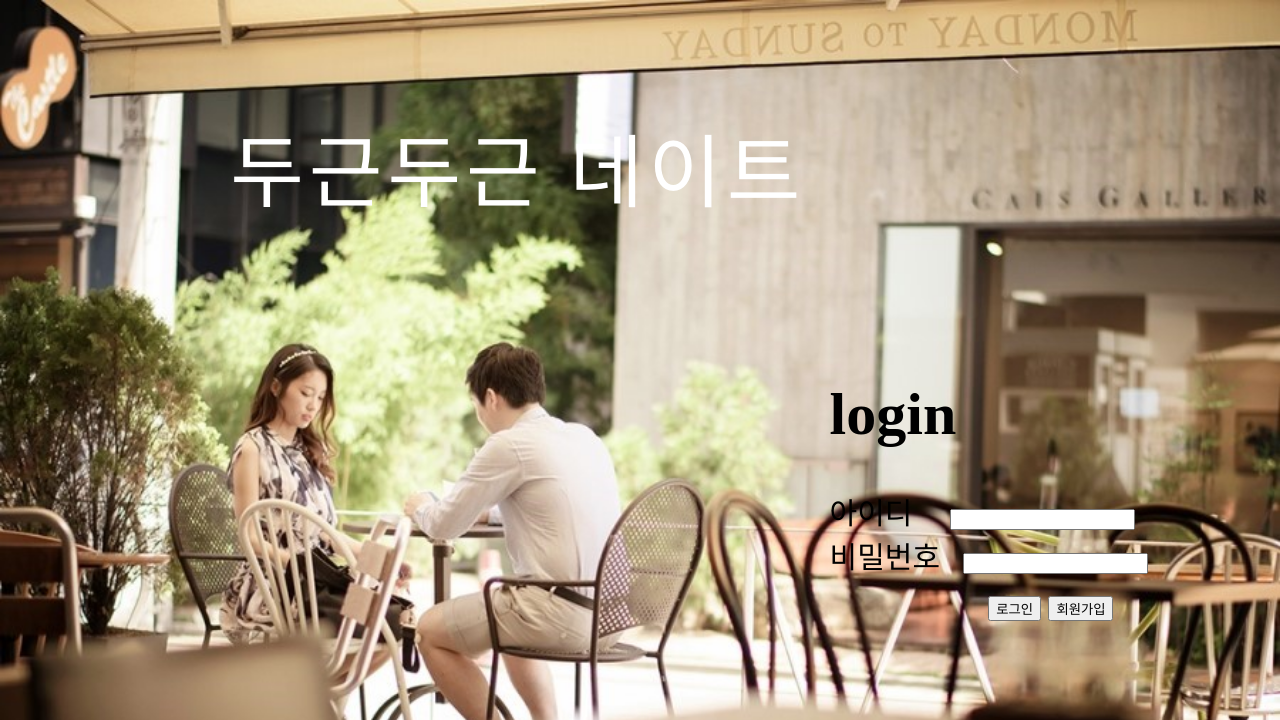
Repository: pinokio531/date_application
Page: http://localhost/doogeunDate/indexPage.jsp
An editor plug-in stored every save of this project. The page is shown before and after the next save, followed by the edit.
The browser window is 1280 px wide. The pictures show the whole page.
Some web fonts or font styles are not loaded; a fallback is used. The page is served by Tomcat 9.

Above is the page before, as saved 2019-06-04 10:11:06.

After the next save:
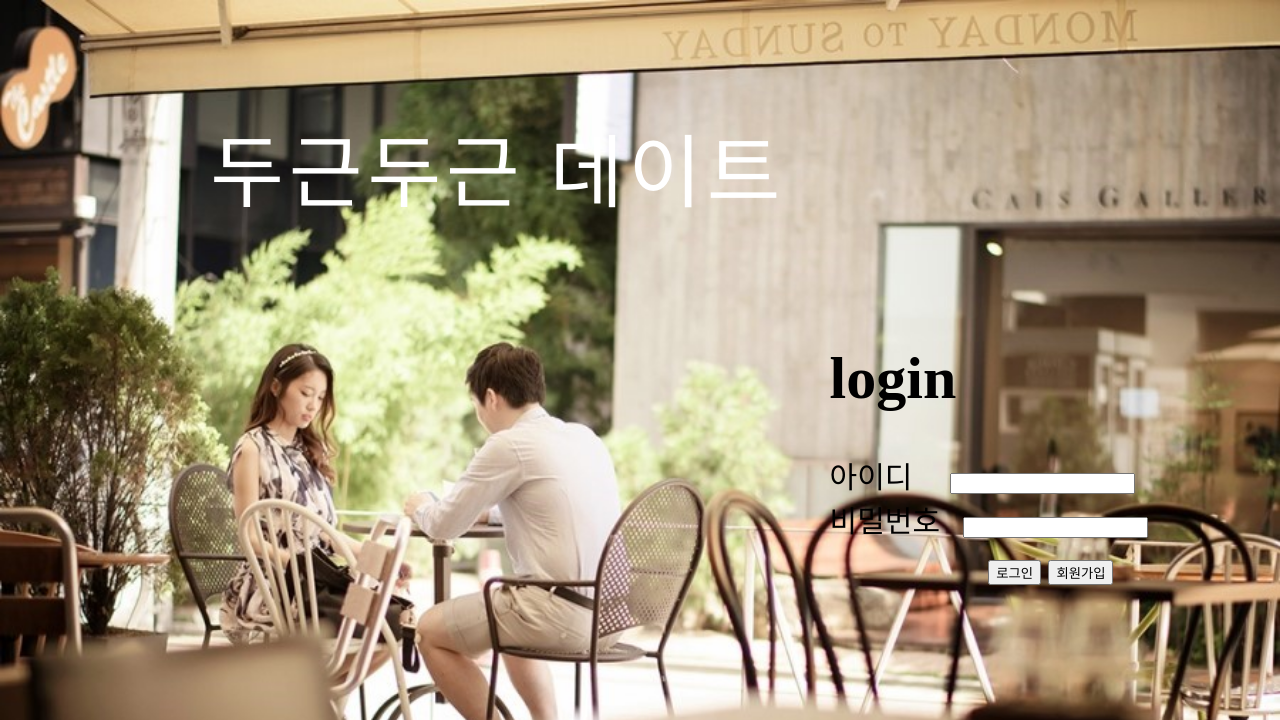
Saved 51 s later.
--- a/doogeunDate/WebContent/style/index.css
+++ b/doogeunDate/WebContent/style/index.css
@@ -5,7 +5,7 @@ body{
 
 #header{
     margin-left: 16%;
-    padding: 20px;
+    padding-top: 20px;
     font-family: 'Nanum Brush Script', cursive;
     font-size: 60pt;
     letter-spacing: 5px;
